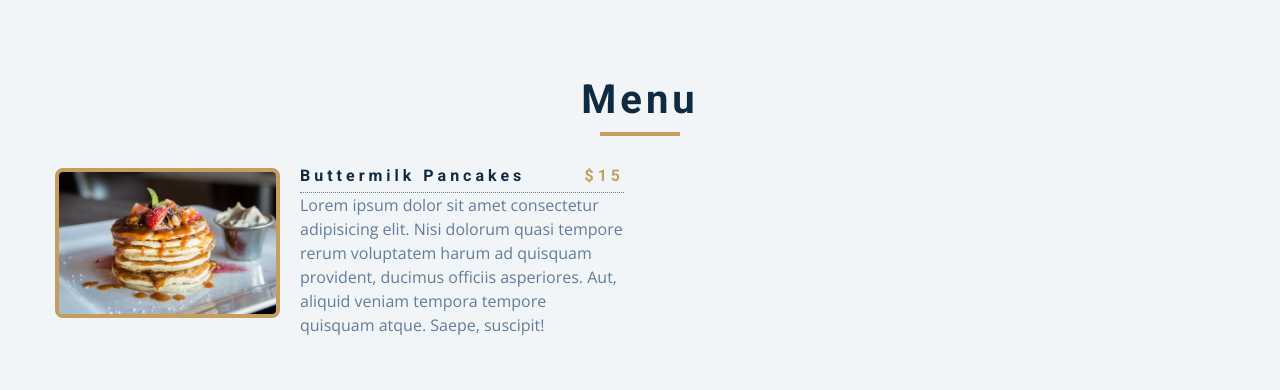
Repository: spidero7/Menu
Page: index.html
An editor plug-in stored every save of this project. The page is shown before and after a run of saves, followed by the edit.
The browser window is 1280 px wide. The pictures show the whole page.
Some web libraries are served in a nearby version.

Above is the page before, as saved 2021-09-30 08:37:17.

### index.html
<!DOCTYPE html>
<html lang="en">
<head>
    <meta charset="UTF-8">
    <meta http-equiv="X-UA-Compatible" content="IE=edge">
    <meta name="viewport" content="width=device-width, initial-scale=1.0">
    <title>Menu</title>
    <link rel="stylesheet" href="style.css">
    <link
      rel="stylesheet"
      href="https://cdnjs.cloudflare.com/ajax/libs/font-awesome/5.14.0/css/all.min.css"
    />
</head>
<body>
    <section class="menu">
        <div class="title">
            <h2>Menu</h2>
            <div class="underline"></div>
        </div>
        <div class="section-center">
            <article class="menu-item">
                <img src="menu-item.jpeg" class="photo" alt="menu-item">
                <div class="item-info">
                    <header>
                        <h4>Buttermilk pancakes</h4>
                        <h4 class="price">$15</h4>
                    </header>
                    <p>Lorem ipsum dolor sit amet consectetur adipisicing elit. Nisi dolorum quasi tempore rerum voluptatem harum ad quisquam provident, ducimus officiis asperiores. Aut, aliquid veniam tempora tempore quisquam atque. Saepe, suscipit!</p>
                </div>
            </article>
        </div>
    </section>
    <script src="app.js"></script>
</body>
</html>

### style.css
/*
===============
Fonts
===============
*/
@import url("https://fonts.googleapis.com/css?family=Open+Sans|Roboto:400,700&display=swap");

/*
===============
Variables
===============
*/

:root {
  /* dark shades of primary color*/
  --clr-primary-1: hsl(205, 86%, 17%);
  --clr-primary-2: hsl(205, 77%, 27%);
  --clr-primary-3: hsl(205, 72%, 37%);
  --clr-primary-4: hsl(205, 63%, 48%);
  /* primary/main color */
  --clr-primary-5: #49a6e9;
  /* lighter shades of primary color */
  --clr-primary-6: hsl(205, 89%, 70%);
  --clr-primary-7: hsl(205, 90%, 76%);
  --clr-primary-8: hsl(205, 86%, 81%);
  --clr-primary-9: hsl(205, 90%, 88%);
  --clr-primary-10: hsl(205, 100%, 96%);
  /* darkest grey - used for headings */
  --clr-grey-1: hsl(209, 61%, 16%);
  --clr-grey-2: hsl(211, 39%, 23%);
  --clr-grey-3: hsl(209, 34%, 30%);
  --clr-grey-4: hsl(209, 28%, 39%);
  /* grey used for paragraphs */
  --clr-grey-5: hsl(210, 22%, 49%);
  --clr-grey-6: hsl(209, 23%, 60%);
  --clr-grey-7: hsl(211, 27%, 70%);
  --clr-grey-8: hsl(210, 31%, 80%);
  --clr-grey-9: hsl(212, 33%, 89%);
  --clr-grey-10: hsl(210, 36%, 96%);
  --clr-white: #fff;
  --clr-red-dark: hsl(360, 67%, 44%);
  --clr-red-light: hsl(360, 71%, 66%);
  --clr-green-dark: hsl(125, 67%, 44%);
  --clr-green-light: hsl(125, 71%, 66%);
  --clr-gold: #c59d5f;
  --clr-black: #222;
  --ff-primary: "Roboto", sans-serif;
  --ff-secondary: "Open Sans", sans-serif;
  --transition: all 0.3s linear;
  --spacing: 0.25rem;
  --radius: 0.5rem;
  --light-shadow: 0 5px 15px rgba(0, 0, 0, 0.1);
  --dark-shadow: 0 5px 15px rgba(0, 0, 0, 0.2);
  --max-width: 1170px;
  --fixed-width: 620px;
}
/*
===============
Global Styles
===============
*/

*,
::after,
::before {
  margin: 0;
  padding: 0;
  box-sizing: border-box;
}
body {
  font-family: var(--ff-secondary);
  background: var(--clr-grey-10);
  color: var(--clr-grey-1);
  line-height: 1.5;
  font-size: 0.875rem;
}
ul {
  list-style-type: none;
}
a {
  text-decoration: none;
}
img:not(.logo) {
  width: 100%;
}
img {
  display: block;
}

h1,
h2,
h3,
h4 {
  letter-spacing: var(--spacing);
  text-transform: capitalize;
  line-height: 1.25;
  margin-bottom: 0.75rem;
  font-family: var(--ff-primary);
}
h1 {
  font-size: 3rem;
}
h2 {
  font-size: 2rem;
}
h3 {
  font-size: 1.25rem;
}
h4 {
  font-size: 0.875rem;
}
p {
  margin-bottom: 1.25rem;
  color: var(--clr-grey-5);
}
@media screen and (min-width: 800px) {
  h1 {
    font-size: 4rem;
  }
  h2 {
    font-size: 2.5rem;
  }
  h3 {
    font-size: 1.75rem;
  }
  h4 {
    font-size: 1rem;
  }
  body {
    font-size: 1rem;
  }
  h1,
  h2,
  h3,
  h4 {
    line-height: 1;
  }
}
/*  global classes */

.btn {
  text-transform: uppercase;
  background: transparent;
  color: var(--clr-black);
  padding: 0.375rem 0.75rem;
  letter-spacing: var(--spacing);
  display: inline-block;
  transition: var(--transition);
  font-size: 0.875rem;
  border: 2px solid var(--clr-black);
  cursor: pointer;
  box-shadow: 0 1px 3px rgba(0, 0, 0, 0.2);
  border-radius: var(--radius);
}
.btn:hover {
  color: var(--clr-white);
  background: var(--clr-black);
}
/* section */
.section {
  padding: 5rem 0;
}

main {
  min-height: 100vh;
  display: grid;
  place-items: center;
}
/*
===============
Menu
===============
*/

.menu {
  padding: 5rem 0;
}
.title {
  text-align: center;
  margin-bottom: 2rem;
}
.underline {
  width: 5rem;
  height: 0.25rem;
  background: var(--clr-gold);
  margin-left: auto;
  margin-right: auto;
}
.btn-container {
  margin-bottom: 4rem;
  display: flex;
  justify-content: center;
}
.filter-btn {
  background: transparent;
  border-color: var(--clr-gold);
  font-size: 1rem;
  text-transform: capitalize;
  margin: 0 0.5rem;
  letter-spacing: 1px;
  border-radius: var(--radius);
  padding: 0.375rem 0.75rem;
  color: var(--clr-gold);
  cursor: pointer;
  transition: var(--transition);
}
.filter-btn:hover {
  background: var(--clr-gold);
  color: var(--clr-white);
}
.section-center {
  width: 90vw;
  margin: 0 auto;
  max-width: 1170px;
  display: grid;
  gap: 3rem 2rem;
  justify-items: center;
}
.menu-item {
  display: grid;
  gap: 1rem 2rem;
  max-width: 25rem;
}
.photo {
  object-fit: cover;
  height: 200px;
  border: 0.25rem solid var(--clr-gold);
  border-radius: var(--radius);
}
.item-info header {
  display: flex;
  justify-content: space-between;
  border-bottom: 0.5px dotted var(--clr-grey-5);
}
.item-info h4 {
  margin-bottom: 0.5rem;
}
.price {
  color: var(--clr-gold);
}
.item-text {
  margin-bottom: 0;
  padding-top: 1rem;
}

@media screen and (min-width: 768px) {
  .menu-item {
    grid-template-columns: 225px 1fr;
    gap: 0 1.25rem;
    max-width: 40rem;
  }
  .photo {
    height: 175px;
  }
}
@media screen and (min-width: 1200px) {
  .section-center {
    width: 95vw;
    grid-template-columns: 1fr 1fr;
  }
  .photo {
    height: 150px;
  }
}

### app.js
const menu = [
  {
    id: 1,
    title: "buttermilk pancakes",
    category: "breakfast",
    price: 15.99,
    img: "./images/item-1.jpeg",
    desc: `I'm baby woke mlkshk wolf bitters live-edge blue bottle, hammock freegan copper mug whatever cold-pressed `,
  },
  {
    id: 2,
    title: "diner double",
    category: "lunch",
    price: 13.99,
    img: "./images/item-2.jpeg",
    desc: `vaporware iPhone mumblecore selvage raw denim slow-carb leggings gochujang helvetica man braid jianbing. Marfa thundercats `,
  },
  {
    id: 3,
    title: "godzilla milkshake",
    category: "shakes",
    price: 6.99,
    img: "./images/item-3.jpeg",
    desc: `ombucha chillwave fanny pack 3 wolf moon street art photo booth before they sold out organic viral.`,
  },
  {
    id: 4,
    title: "country delight",
    category: "breakfast",
    price: 20.99,
    img: "./images/item-4.jpeg",
    desc: `Shabby chic keffiyeh neutra snackwave pork belly shoreditch. Prism austin mlkshk truffaut, `,
  },
  {
    id: 5,
    title: "egg attack",
    category: "lunch",
    price: 22.99,
    img: "./images/item-5.jpeg",
    desc: `franzen vegan pabst bicycle rights kickstarter pinterest meditation farm-to-table 90's pop-up `,
  },
  {
    id: 6,
    title: "oreo dream",
    category: "shakes",
    price: 18.99,
    img: "./images/item-6.jpeg",
    desc: `Portland chicharrones ethical edison bulb, palo santo craft beer chia heirloom iPhone everyday`,
  },
  {
    id: 7,
    title: "bacon overflow",
    category: "breakfast",
    price: 8.99,
    img: "./images/item-7.jpeg",
    desc: `carry jianbing normcore freegan. Viral single-origin coffee live-edge, pork belly cloud bread iceland put a bird `,
  },
  {
    id: 8,
    title: "american classic",
    category: "lunch",
    price: 12.99,
    img: "./images/item-8.jpeg",
    desc: `on it tumblr kickstarter thundercats migas everyday carry squid palo santo leggings. Food truck truffaut  `,
  },
  {
    id: 9,
    title: "quarantine buddy",
    category: "shakes",
    price: 16.99,
    img: "./images/item-9.jpeg",
    desc: `skateboard fam synth authentic semiotics. Live-edge lyft af, edison bulb yuccie crucifix microdosing.`,
  },
];

After the next 2 saves:
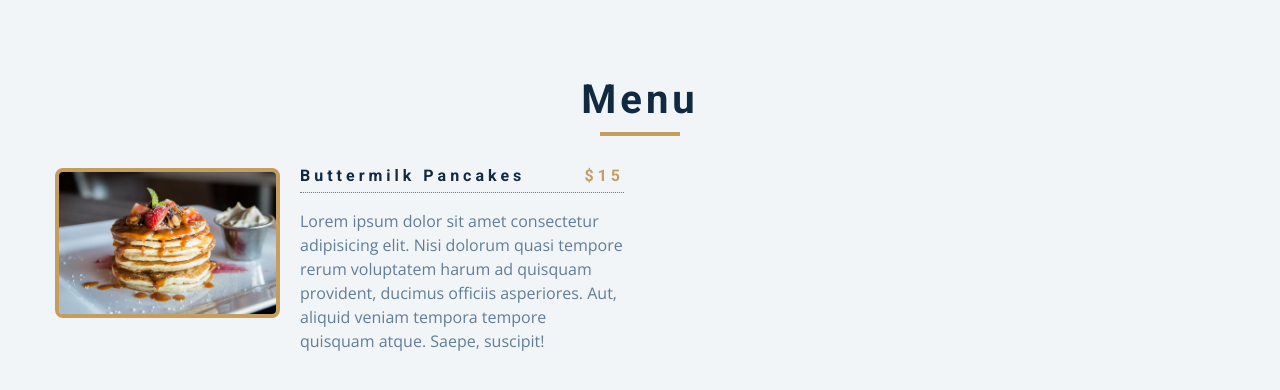
The 2 saves are shown as one change because they came seconds apart.
The last was saved 9 s later.
--- a/index.html
+++ b/index.html
@@ -25,7 +25,7 @@
                         <h4>Buttermilk pancakes</h4>
                         <h4 class="price">$15</h4>
                     </header>
-                    <p>Lorem ipsum dolor sit amet consectetur adipisicing elit. Nisi dolorum quasi tempore rerum voluptatem harum ad quisquam provident, ducimus officiis asperiores. Aut, aliquid veniam tempora tempore quisquam atque. Saepe, suscipit!</p>
+                    <p class="item-text">Lorem ipsum dolor sit amet consectetur adipisicing elit. Nisi dolorum quasi tempore rerum voluptatem harum ad quisquam provident, ducimus officiis asperiores. Aut, aliquid veniam tempora tempore quisquam atque. Saepe, suscipit!</p>
                 </div>
             </article>
         </div>
